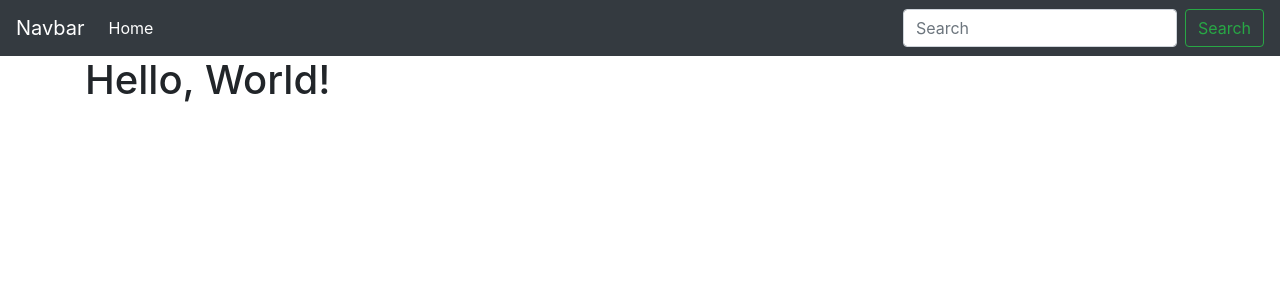
Repository: deividwsantoss/WEBD6201-W2021-Week1-lab1
Page: index.html
An editor plug-in stored every save of this project. The page is shown before and after the next save, followed by the edit.
The browser window is 1280 px wide. The pictures show the whole page.

Above is the page before, as saved 2021-02-01 20:18:33.

After the next save:
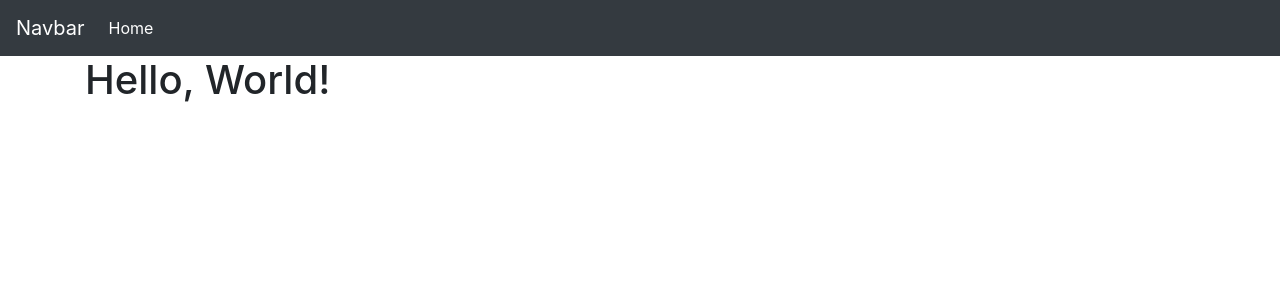
Saved 45 s later.
--- a/index.html
+++ b/index.html
@@ -22,11 +22,7 @@
               <a class="nav-link" href="#">Home <span class="sr-only">(current)</span></a>
             </li>
           </ul>
-          <form class="form-inline my-2 my-lg-0">
-            <input class="form-control mr-sm-2" type="search" placeholder="Search" aria-label="Search">
-            <button class="btn btn-outline-success my-2 my-sm-0" type="submit">Search</button>
-          </form>
-        </div>
+            </div>
       </nav>
 
 
